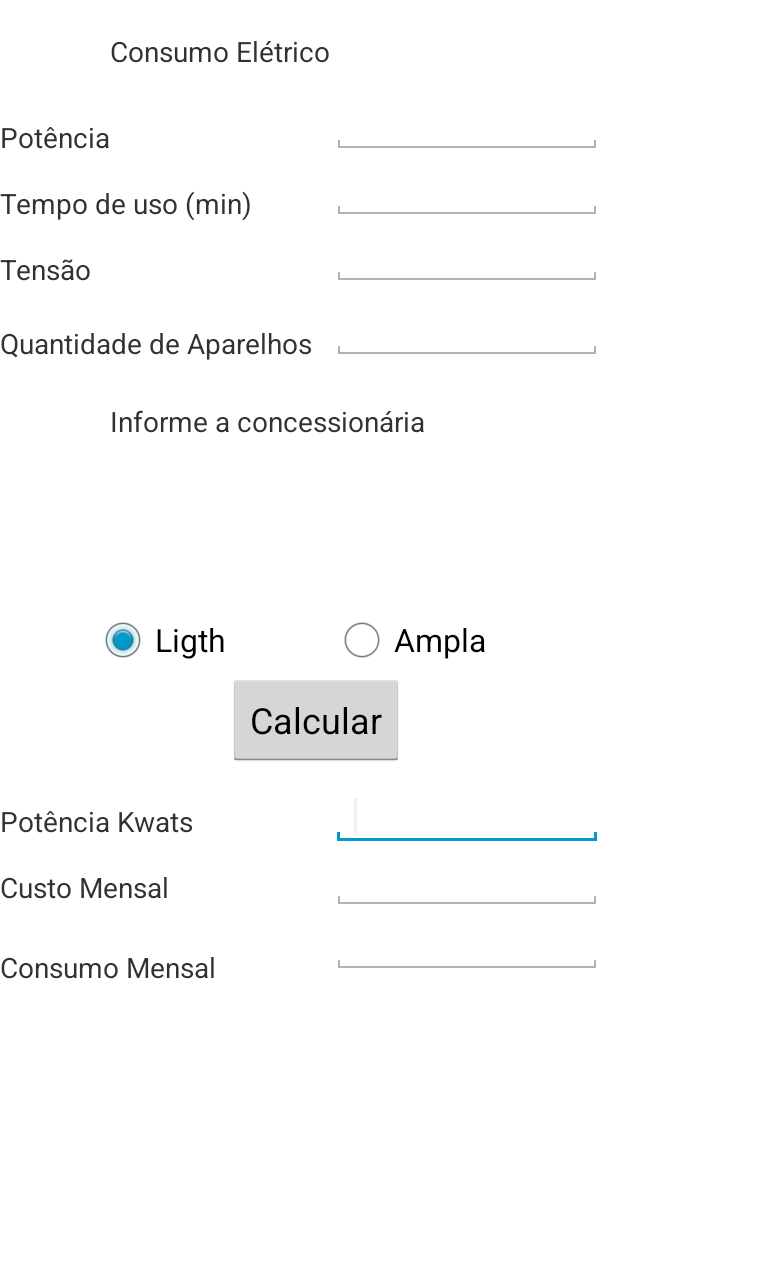
Repository: tsoarescruz/programacao_aplicativos
Layout: Projeto/Projeto_Eclipse/workspace/ConsumoElet/res/layout/activity_consumo_elet.xml
An editor plug-in stored every save of this project. The layout is shown before and after the next save, followed by the edit.
It is drawn on a 768 x 1280 px phone screen (xhdpi) without system bars, with theme AppTheme; the app's code is not run.

Above is the layout before, as saved 2016-11-18 09:52:39.

### Projeto/Projeto_Eclipse/workspace/ConsumoElet/res/layout/activity_consumo_elet.xml
<RelativeLayout xmlns:android="http://schemas.android.com/apk/res/android"
    xmlns:tools="http://schemas.android.com/tools"
    android:layout_width="match_parent"
    android:layout_height="match_parent"
    android:gravity="left"
    tools:context="${relativePackage}.${activityClass}" >

    <TextView
        android:id="@+id/textView1"
        android:layout_width="wrap_content"
        android:layout_height="wrap_content"
        android:layout_alignParentTop="true"
        android:layout_centerHorizontal="true"
        android:layout_marginTop="16dp"
        android:text="Consumo Elétrico" />

    <TextView
        android:id="@+id/textView3"
        android:layout_width="wrap_content"
        android:layout_height="wrap_content"
        android:layout_alignLeft="@+id/textView2"
        android:layout_below="@+id/textView2"
        android:layout_marginTop="14dp"
        android:text="Tempo de uso (min)" />

    <TextView
        android:id="@+id/textView6"
        android:layout_width="wrap_content"
        android:layout_height="wrap_content"
        android:layout_alignLeft="@+id/textView5"
        android:layout_below="@+id/textView5"
        android:layout_marginTop="18dp"
        android:text="Quantidade de Aparelhos" />

    <RadioGroup
        android:id="@+id/radioGroup1"
        android:layout_width="wrap_content"
        android:layout_height="wrap_content"
        android:layout_alignLeft="@+id/textView6"
        android:layout_below="@+id/textView7"
        android:layout_marginTop="24dp" >
    </RadioGroup>

    <TextView
        android:id="@+id/textView8"
        android:layout_width="wrap_content"
        android:layout_height="wrap_content"
        android:layout_alignLeft="@+id/radioGroup1"
        android:layout_below="@+id/button1"
        android:layout_marginTop="17dp"
        android:text="Potência Kwats" />

    <TextView
        android:id="@+id/textView9"
        android:layout_width="wrap_content"
        android:layout_height="wrap_content"
        android:layout_alignLeft="@+id/textView8"
        android:layout_below="@+id/textView8"
        android:layout_marginTop="14dp"
        android:text="Custo Mensal" />

    <TextView
        android:id="@+id/textView2"
        android:layout_width="wrap_content"
        android:layout_height="wrap_content"
        android:layout_below="@+id/textView1"
        android:layout_marginTop="24dp"
        android:layout_toLeftOf="@+id/textView1"
        android:text="Potência" />

    <TextView
        android:id="@+id/textView5"
        android:layout_width="wrap_content"
        android:layout_height="wrap_content"
        android:layout_alignLeft="@+id/textView3"
        android:layout_below="@+id/textView3"
        android:layout_marginTop="14dp"
        android:text="Tensão" />

    <EditText
        android:id="@+id/edtquantpiso"
        style="?android:attr/progressBarStyleHorizontal"
        android:layout_width="wrap_content"
        android:layout_height="wrap_content"
        android:layout_alignBaseline="@+id/textView8"
        android:layout_alignBottom="@+id/textView8"
        android:layout_alignLeft="@+id/edtcomprimento"
        android:ems="10" >

        <requestFocus />
    </EditText>

    <EditText
        android:id="@+id/edtquantarg"
        style="?android:attr/progressBarStyleHorizontal"
        android:layout_width="wrap_content"
        android:layout_height="wrap_content"
        android:layout_alignLeft="@+id/edtquantpiso"
        android:layout_below="@+id/edtquantpiso"
        android:ems="10" />

    <TextView
        android:id="@+id/textView7"
        android:layout_width="wrap_content"
        android:layout_height="wrap_content"
        android:layout_below="@+id/edtlargurap"
        android:layout_marginTop="20dp"
        android:layout_toRightOf="@+id/textView2"
        android:text="Informe a concessionária" />

    <RadioButton
        android:id="@+id/radio0"
        android:layout_width="wrap_content"
        android:layout_height="wrap_content"
        android:layout_centerVertical="true"
        android:layout_toRightOf="@+id/textView5"
        android:checked="true"
        android:text="Ligth" />

    <RadioButton
        android:id="@+id/radio1"
        android:layout_width="wrap_content"
        android:layout_height="wrap_content"
        android:layout_alignLeft="@+id/edtcomprimentop"
        android:layout_centerVertical="true"
        android:text="Ampla" />

    <Button
        android:id="@+id/button1"
        android:layout_width="wrap_content"
        android:layout_height="wrap_content"
        android:layout_below="@+id/radio1"
        android:layout_toRightOf="@+id/radio0"
        android:text="Calcular" />

    <EditText
        android:id="@+id/edtcomprimento"
        style="?android:attr/progressBarStyleHorizontal"
        android:layout_width="wrap_content"
        android:layout_height="wrap_content"
        android:layout_alignBottom="@+id/textView2"
        android:layout_toRightOf="@+id/textView1"
        android:ems="10"
        android:inputType="number" />

    <EditText
        android:id="@+id/edtlargura"
        style="?android:attr/progressBarStyleHorizontal"
        android:layout_width="wrap_content"
        android:layout_height="wrap_content"
        android:layout_alignBottom="@+id/textView3"
        android:layout_alignLeft="@+id/edtcomprimento"
        android:layout_alignRight="@+id/edtcomprimento"
        android:ems="10"
        android:inputType="number" />

    <EditText
        android:id="@+id/edtcomprimentop"
        style="?android:attr/progressBarStyleHorizontal"
        android:layout_width="wrap_content"
        android:layout_height="wrap_content"
        android:layout_alignBottom="@+id/textView5"
        android:layout_alignLeft="@+id/edtlargura"
        android:layout_alignRight="@+id/edtlargurap"
        android:ems="10"
        android:inputType="number" />

    <EditText
        android:id="@+id/edtlargurap"
        style="?android:attr/progressBarStyleHorizontal"
        android:layout_width="wrap_content"
        android:layout_height="wrap_content"
        android:layout_alignBottom="@+id/textView6"
        android:layout_alignLeft="@+id/edtlargura"
        android:ems="10"
        android:inputType="number" />

    <TextView
        android:id="@+id/TextView01"
        android:layout_width="wrap_content"
        android:layout_height="wrap_content"
        android:layout_alignLeft="@+id/textView9"
        android:layout_below="@+id/edtquantarg"
        android:layout_marginTop="18dp"
        android:text="Consumo Mensal" />

    <EditText
        android:id="@+id/EditText01"
        style="?android:attr/progressBarStyleHorizontal"
        android:layout_width="wrap_content"
        android:layout_height="wrap_content"
        android:layout_alignParentRight="true"
        android:layout_below="@+id/edtquantarg"
        android:layout_toRightOf="@+id/textView1"
        android:ems="10" />

</RelativeLayout>

Loaded but not shown: Projeto/Projeto_Eclipse/workspace/ConsumoElet/res/values/styles.xml (common file); Projeto/Projeto_Eclipse/workspace/ConsumoElet/res/values-v11/styles.xml (common file); Projeto/Projeto_Eclipse/workspace/ConsumoElet/res/values-v14/styles.xml (common file)

After the next save:
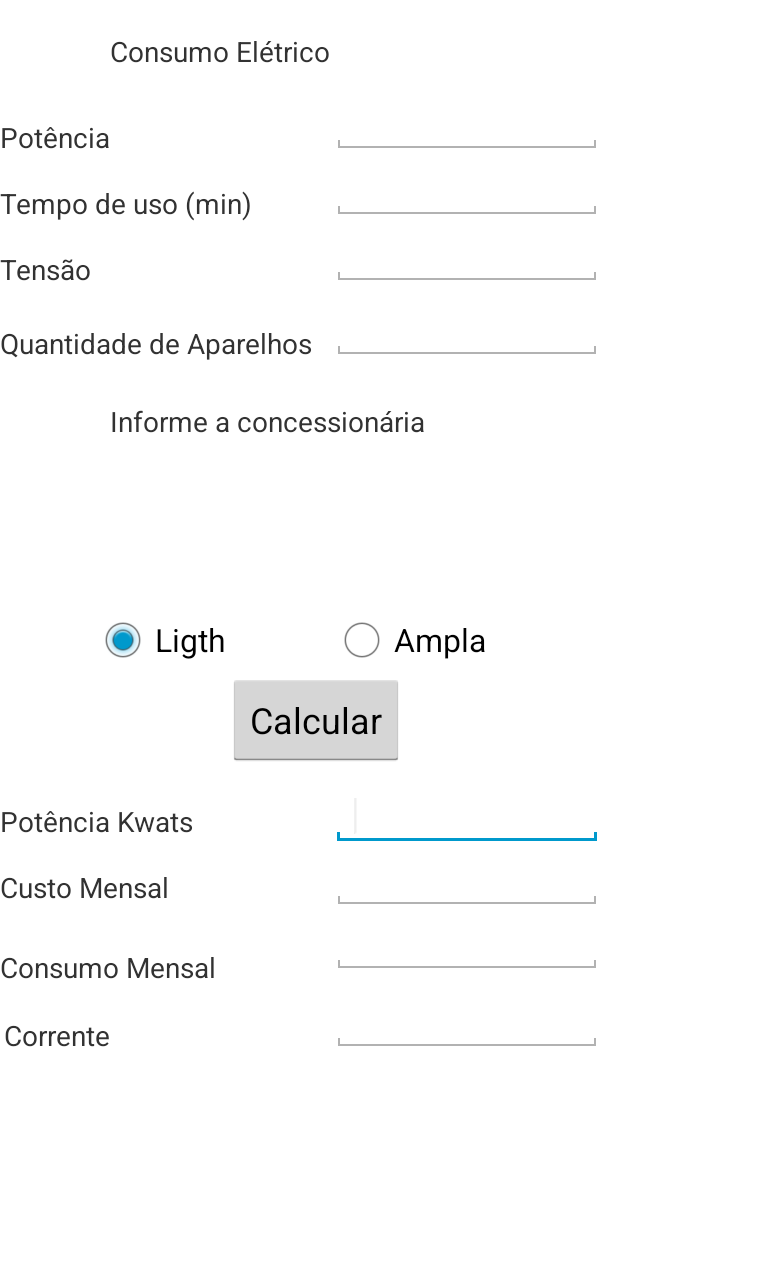
Saved 6 min 38 s later.
--- a/Projeto/Projeto_Eclipse/workspace/ConsumoElet/res/layout/activity_consumo_elet.xml
+++ b/Projeto/Projeto_Eclipse/workspace/ConsumoElet/res/layout/activity_consumo_elet.xml
@@ -194,4 +194,23 @@
         android:layout_toRightOf="@+id/textView1"
         android:ems="10" />
 
+    <EditText
+        android:id="@+id/EditText02"
+        style="?android:attr/progressBarStyleHorizontal"
+        android:layout_width="wrap_content"
+        android:layout_height="wrap_content"
+        android:layout_alignBottom="@+id/TextView02"
+        android:layout_alignLeft="@+id/EditText01"
+        android:layout_alignParentRight="true"
+        android:ems="10" />
+
+    <TextView
+        android:id="@+id/TextView02"
+        android:layout_width="wrap_content"
+        android:layout_height="wrap_content"
+        android:layout_alignRight="@+id/textView2"
+        android:layout_below="@+id/TextView01"
+        android:layout_marginTop="15dp"
+        android:text="Corrente" />
+
 </RelativeLayout>
